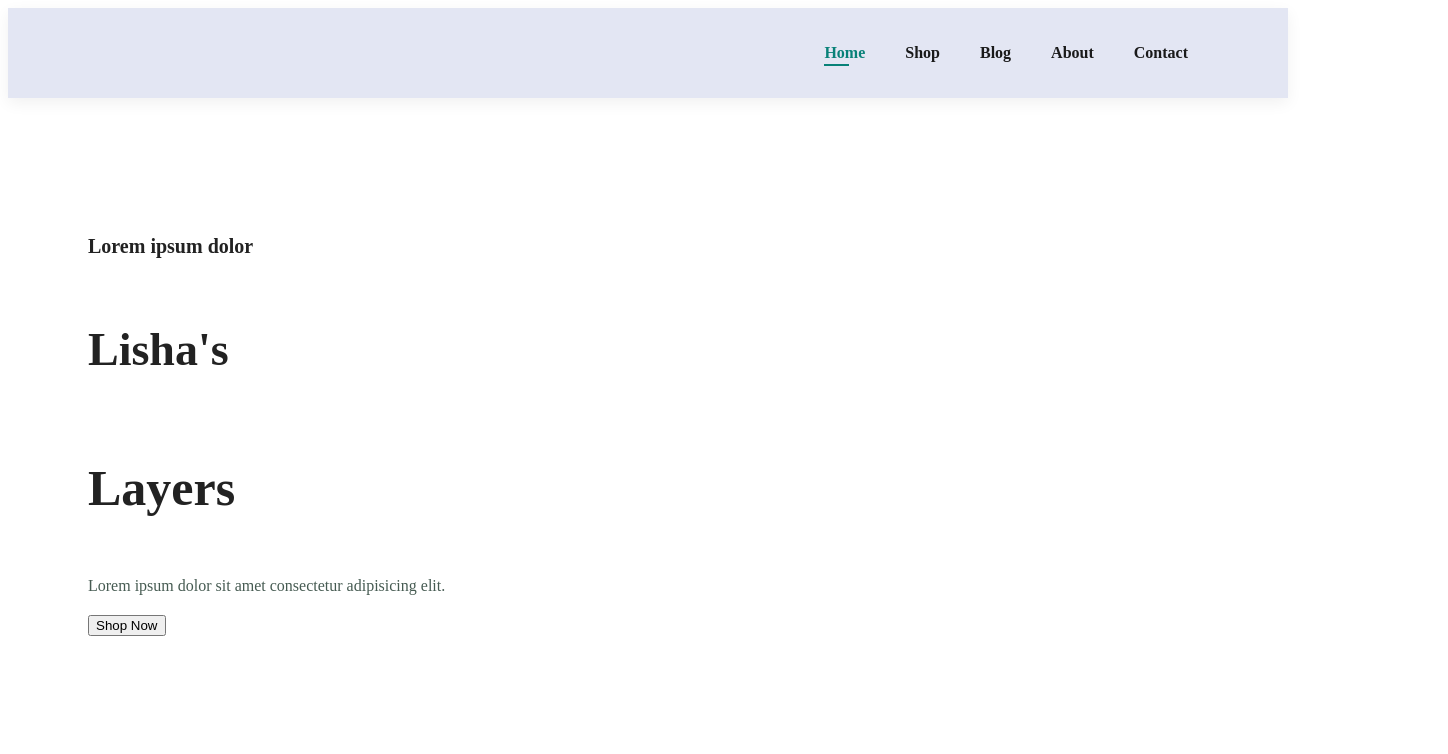
Repository: thecoachanna/lishas-layers
Page: index.html
An editor plug-in stored every save of this project. The page is shown before and after a run of saves, followed by the edit.
The browser window is 1280 px wide. The page is 1448 px wide, so the pictures cover 1448 px, including what lies to the right of the window. The pictures show the whole page.

Above is the page before, as saved 2023-01-05 15:10:57.

After the next 3 saves:
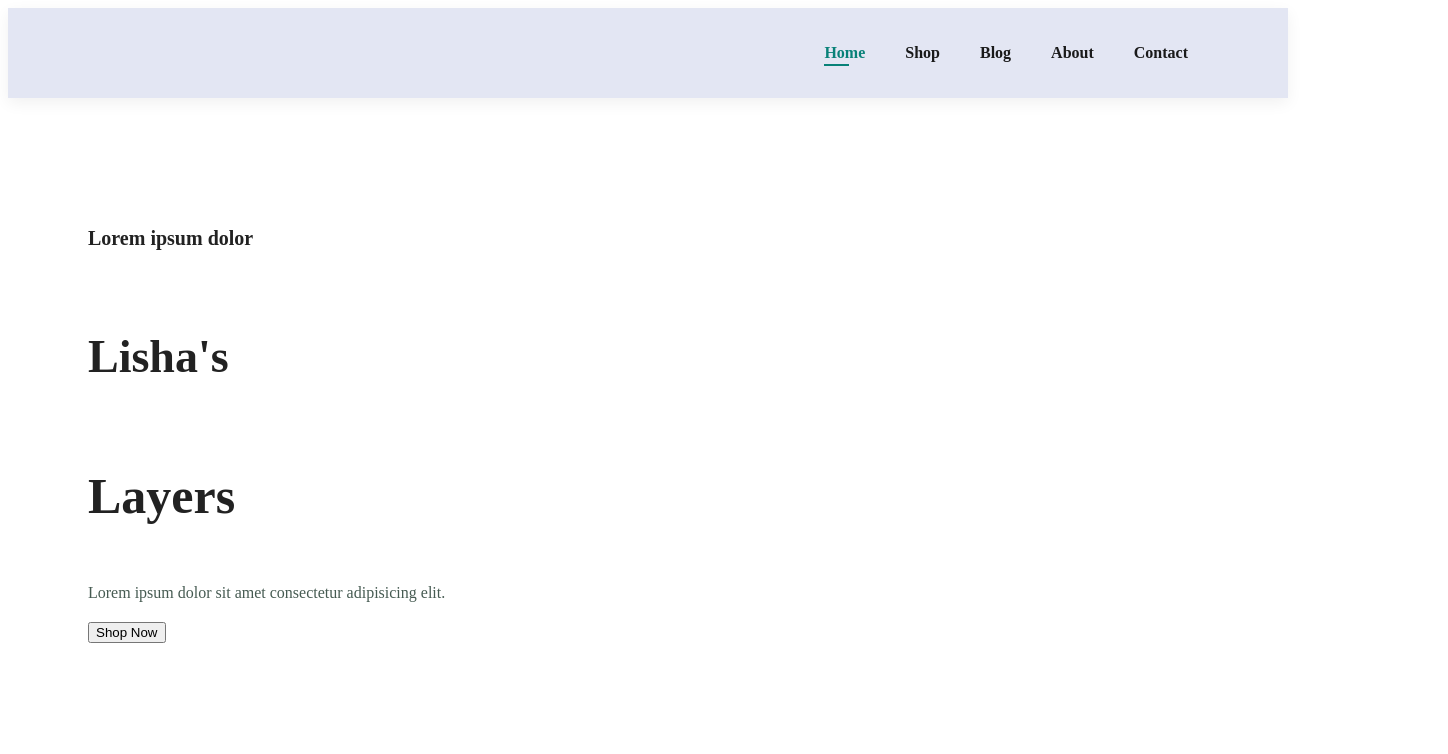
The 3 saves are shown as one change because they came seconds apart.
The last was saved 10 s later.
--- a/style.css
+++ b/style.css
@@ -107,5 +107,5 @@ body {
 }
 
 #hero h4 {
-    padding-bottom
+    padding-bottom: 15px;
 }
